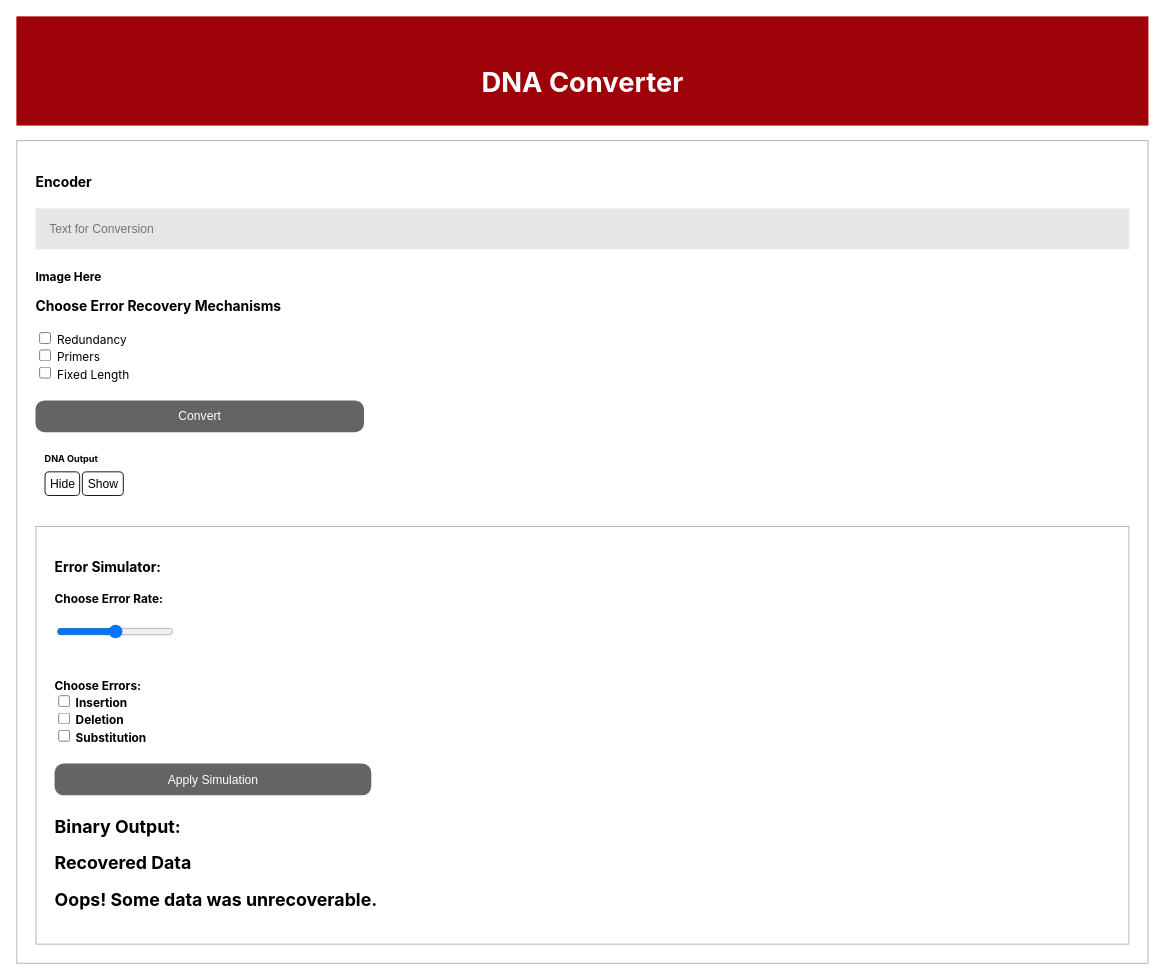
Repository: komalharjani/MSc-Thesis-DNA-Storage
Page: index.html
These files come from the project's save history. The page is drawn as it stood at one moment and after the next save; the edit follows.
The browser window is 1280 px wide. The pictures show the whole page, at 91% of full size.

Above is the page before, as saved 2020-08-16 22:42:20.

After the next save:
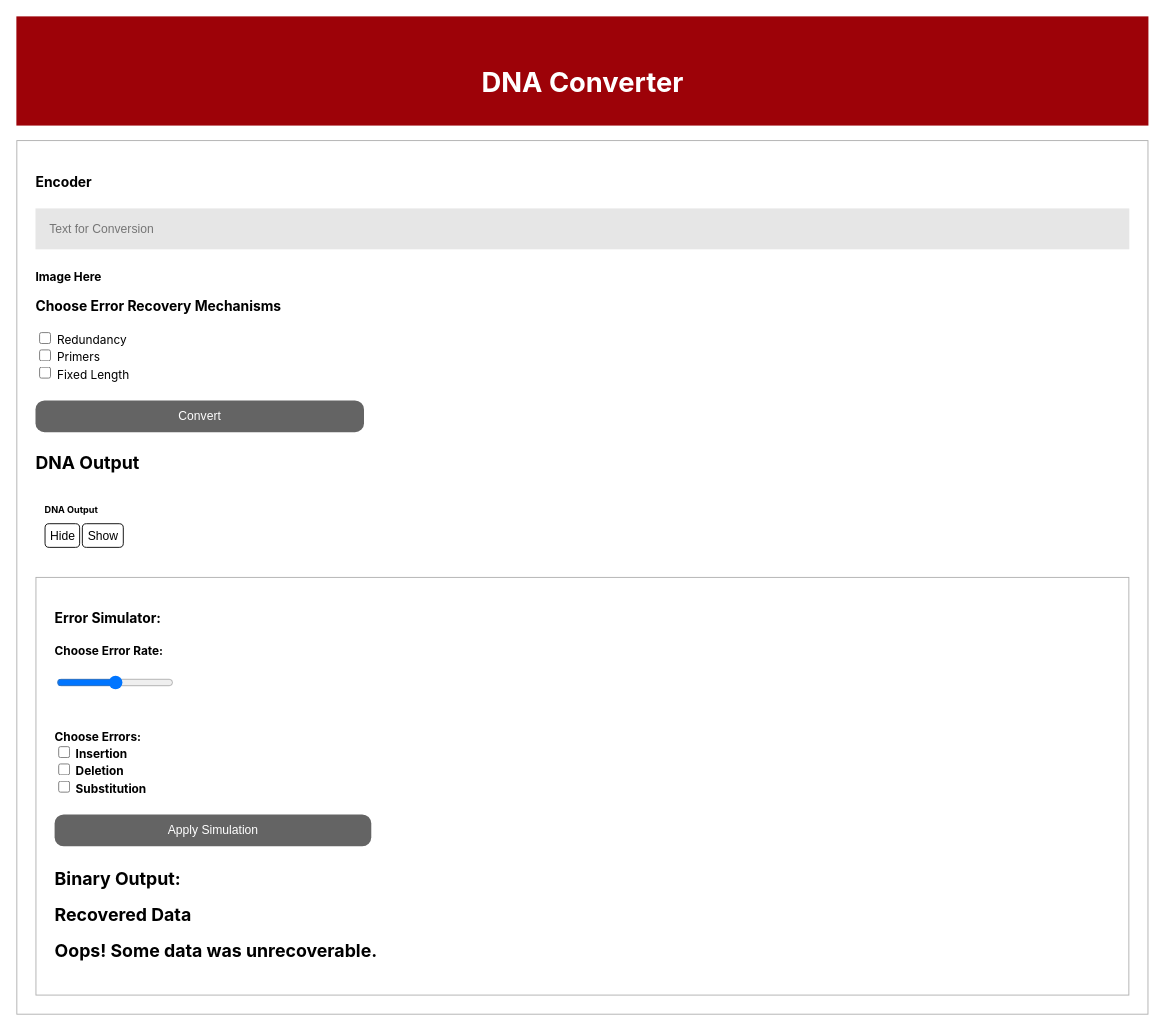
Saved 6 s later.
--- a/index.html
+++ b/index.html
@@ -31,6 +31,7 @@
             <button class="button" onclick="onSubmit()" id="submit">Convert</button><br>
 
             <div class="row">
+                <h2>DNA Output</h2>
                 <div class="column">
                     <h2>DNA Output</h2>
                     <button class="btnn" id="hide">Hide</button>
